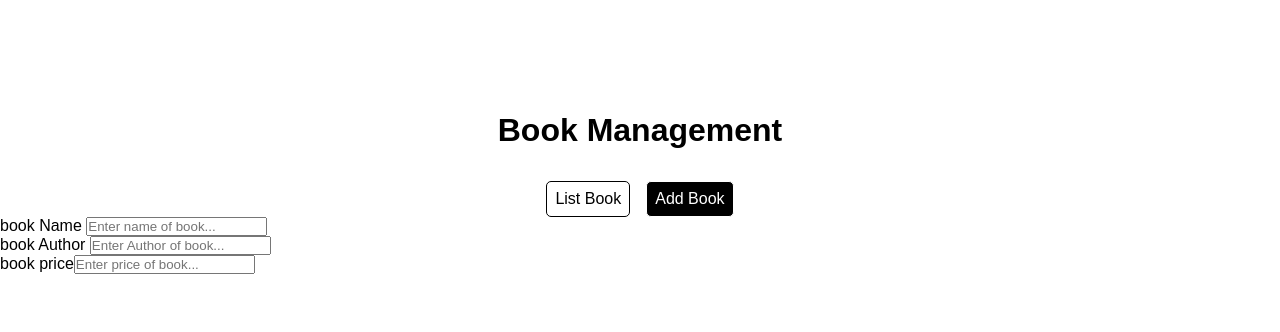
Repository: wakoya-tech/e-library-app1
Page: /add
These files come from the project's save history. The page is drawn as it stood at one moment and after the next save; the edit follows.
The browser window is 1280 px wide. The pictures show the whole page.
The project was rebuilt for these pictures with package versions that can differ from the ones it lists, and the page was loaded fresh each time. Also part of the build but not shown: vite.config.js, src/components/ListBook.jsx.

Above is the page before, as saved 2025-10-11 22:40:47.

After the next save:
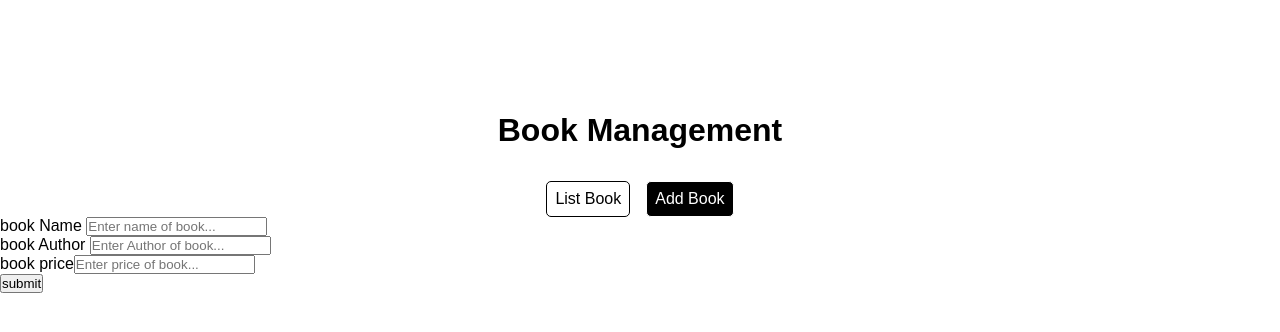
Saved 15 min 14 s later.
--- a/src/form/BookForm.jsx
+++ b/src/form/BookForm.jsx
@@ -14,7 +14,7 @@ const  BookForm=()=> {
 {renderInputField('book Name ','Enter name of book...','name')}
 {renderInputField('book Author ','Enter Author of book...','author')}
 {renderInputField('book price' ,'Enter price of book...','price')}
-
+<button type="submit"className="btnForm">submit</button>
 </form>
   )
 }
